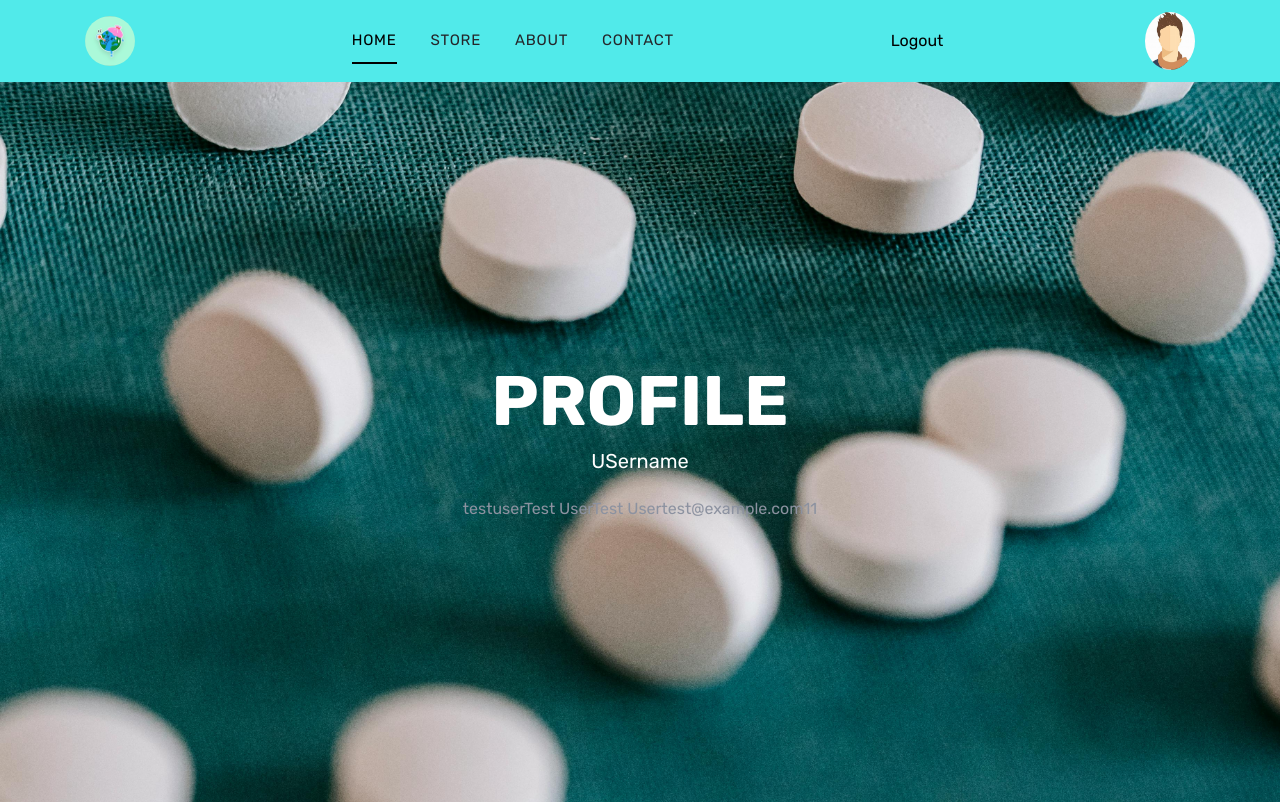
Repository: Argivist/Web-Doctor
Page: http://localhost/view/profile.php
An editor plug-in stored every save of this project. The page is shown before and after the next save, followed by the edit.
The browser window is 1280 px wide. The pictures show the whole page.
Some web fonts or font styles are not loaded; a fallback is used. The page is run by PHP 8.4 with error messages shown; the project is at /var/www/html/. The session is filled in as if someone had signed in: {"id": 1, "username": "testuser", "fname": "Test User", "lname": "Test User", "email": "test@example.com", "phone": 1, "address": 1}. Other server files are loaded and not shown.

Above is the page before, as saved 2024-02-20 18:48:04.

### view/profile.php
<?php
include "../settings/connection.php";
session_start();
$userid=$_SESSION['id'];
$username=$_SESSION['username'];
?>
<!DOCTYPE html>
<html lang="en">
<head>
    <meta charset="UTF-8">
    <meta name="viewport" content="width=device-width, initial-scale=1.0">
    <title>Document</title>


    <link href="https://fonts.googleapis.com/css?family=Rubik:400,700|Crimson+Text:400,400i" rel="stylesheet">
    <link rel="stylesheet" href="fonts/icomoon/style.css">
    <link rel="stylesheet" href="../css/bootstrap.min.css">
    <link rel="stylesheet" href="../css/magnific-popup.css">
    <link rel="stylesheet" href="../css/jquery-ui.css">
    <link rel="stylesheet" href="../css/owl.carousel.min.css">
    <link rel="stylesheet" href="../css/owl.theme.default.min.css">
    <link rel="stylesheet" href="../css/style.css">
    <link rel="stylesheet" href="../css/aos.css">
</head>

<body>
    <div class="site-wrap">

        <!--Navigation Bar-->
        <div class="site-navbar bg-primary py-2">
            <div class="container">
                <div class="d-flex align-items-center justify-content-between">
                    <div class="logo">
                        <div class="site-logo">
                            <a href="home.php" class="js-logo-clone"><img src="../img/logo/logo.png"  style="width:50px; border-radius:50px;" alt="logo"/></a>
                        </div>
                    </div>
                    <div class="main-nav d-lg-block">
                        <nav class="site-navigation text-right text-md-center" role="navigation">
                            <ul class="site-menu js-clone-nav d-lg-block">
                                <li class="active"><a href="home.php">Home</a></li>
                                <li><a href="shop.php">Store</a></li>
                                <li><a href="aboutus.html">About</a></li>
                                <li><a href="contact.html">Contact</a></li>
                            </ul>
                        </nav>
                    </div>
                    <?php
                    if(isset($_SESSION['id'])){
                        echo "<div class='logout'><a href='../actions/logout.php'>Logout</a></div>";
                    }else{
                        echo "<div class='login'><a href='../login/login.php'>Sign in</a></div>";
                    }?>
                    <div class="profile">
                        <a href="
                        <?php
                        if(isset($_SESSION['id'])){
                            echo "profile.php";
                        }else{
                            echo "../login/login.php";
                        }
                        ?>
                        "><img src="
                        <?php
                            if(isset($_SESSION['id'])){
                                echo "../img/profile.jpg";
                            }else{
                                echo "../img/default_profile.jpg";
                            }
                        ?>
                        " alt="Image" class="rounded-circle" style="width:50px; border-radius:50px;"></a>
                    </div>
                </div>
            </div>
        </div>

        <!--Main Content-->
        <!--Image By: Photo by Alex Green: https://www.pexels.com/photo/pile-of-white-spilled-pills-5699514/-->
        <div class="site-blocks-cover" style="background-image: url('../img/background/pharmacy_1.jpg');">
      <div class="container">
        <div class="row">
          <div class="col-lg-7 mx-auto order-lg-2 align-self-center">
            <div class="site-block-cover-content text-center">
             <!--Profile page-->
                <h1 class="mb-0">Profile</h1>
                <div class="row justify-content-center">
                    <div class="row">
                        <div class="col"><p>USername</p><?php
                               echo $_SESSION['username'];
            echo $_SESSION['fname'];
            echo $_SESSION['lname'];
            echo $_SESSION['email'];
            echo $_SESSION['phone'];
            echo $_SESSION['address'];
            ?></div>
                    </div>
                </div>
            </div>
          </div>
        </div>
      </div>
    </div>
</body>

</html>

### settings/connection.php
<?php
$server="localhost:3307";
$user="root";
$passwd="root";
$db="webdoc";

$conn=mysqli_connect($server,$user,$passwd,$db) or die("Connection failed :: ".$conn->error);
?>

Loaded but not shown: css/bootstrap.min.css (library); css/magnific-popup.css (library); css/jquery-ui.css (library); css/owl.carousel.min.css (common file); css/owl.theme.default.min.css (common file); css/aos.css (library); css/style.css (1125 lines, source omitted)

After the next save:
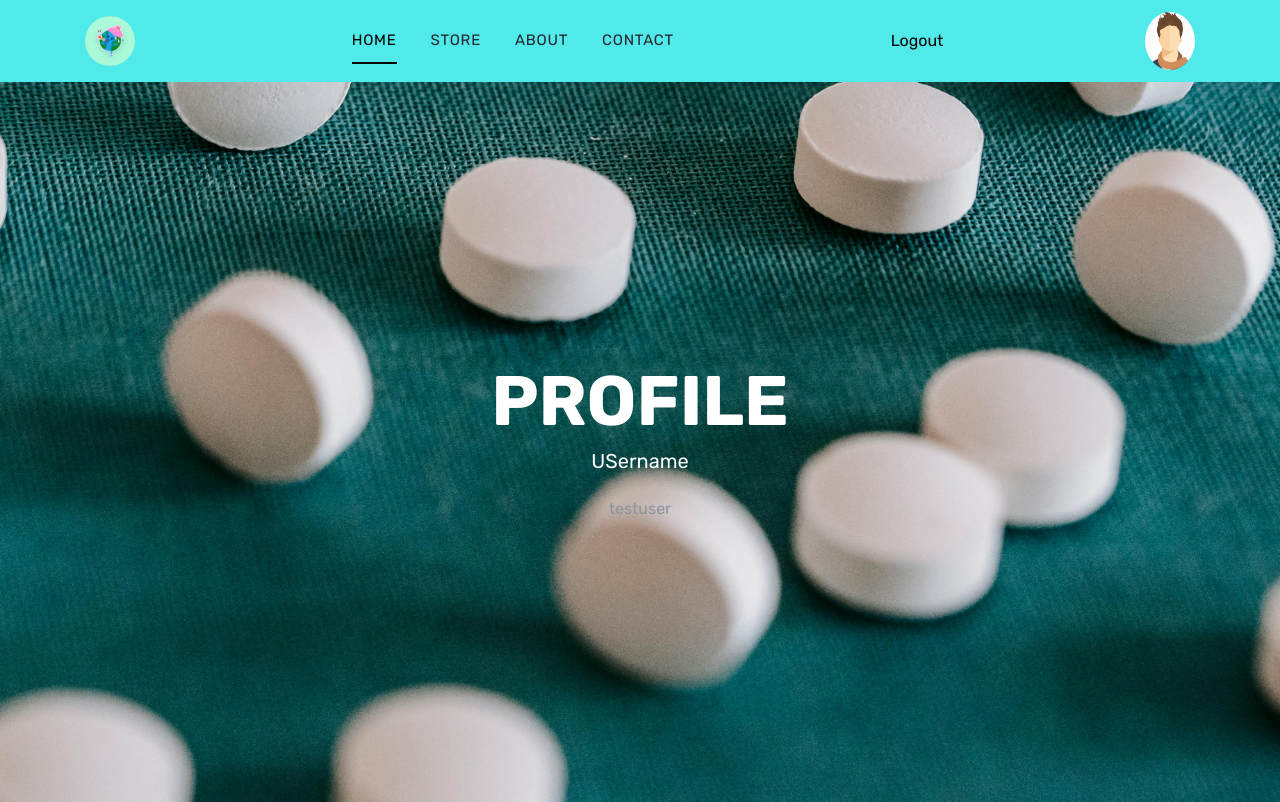
Saved 6 s later.
--- a/view/profile.php
+++ b/view/profile.php
@@ -87,11 +87,7 @@ $username=$_SESSION['username'];
                     <div class="row">
                         <div class="col"><p>USername</p><?php
                                echo $_SESSION['username'];
-            echo $_SESSION['fname'];
-            echo $_SESSION['lname'];
-            echo $_SESSION['email'];
-            echo $_SESSION['phone'];
-            echo $_SESSION['address'];
+
             ?></div>
                     </div>
                 </div>
